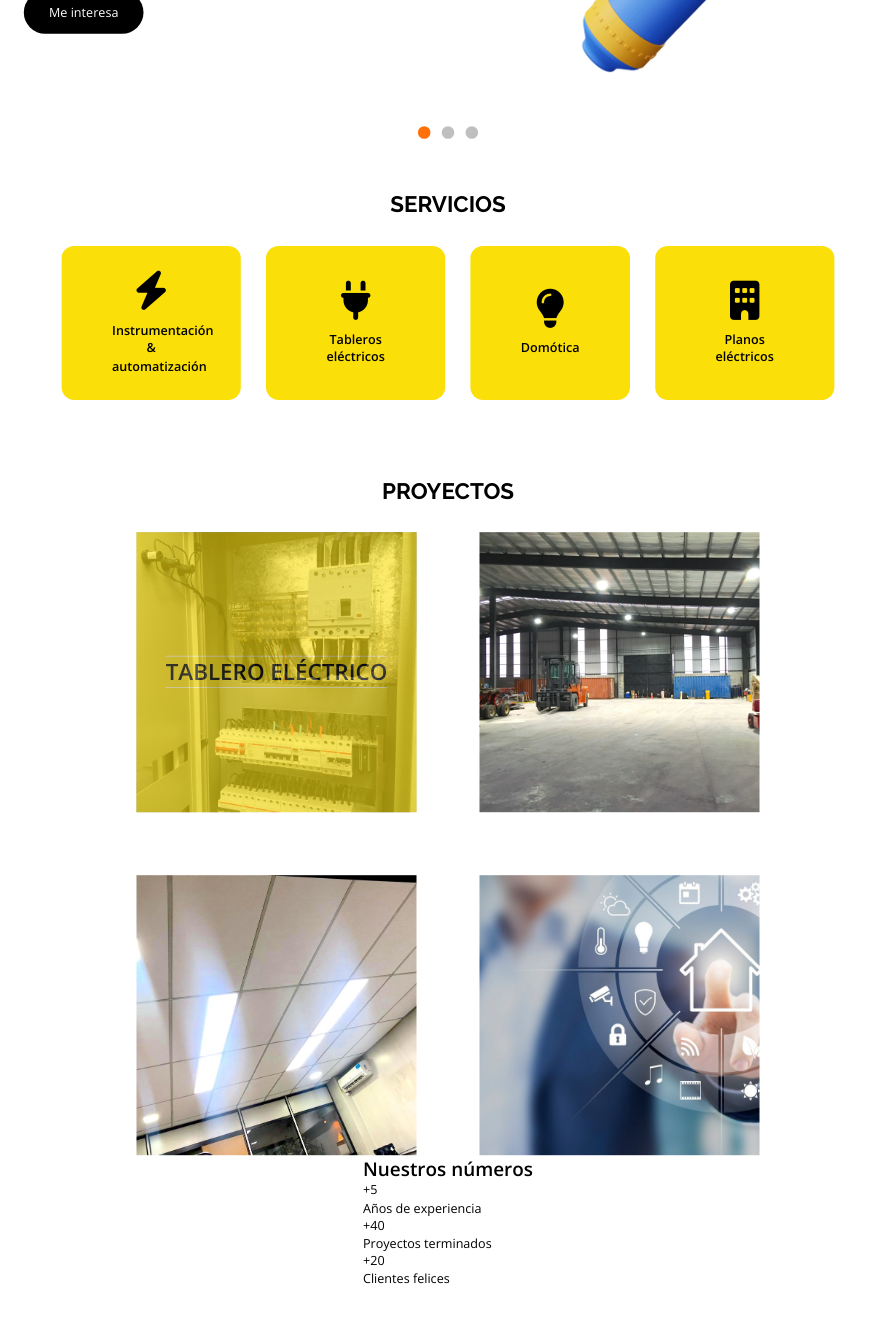
Repository: jeraldinnemg/rjelectronics
Page: index.html
These files come from the project's save history. The page is drawn as it stood at one moment and after the next save; the edit follows.
The browser window is 1280 px wide. The pictures show the part of the page from y = 465 to 2385 px (the page is 2680 px tall), at 70% of full size.
The pointer rests on the first visible `.projects .project`.
Some web libraries are served in a nearby version.

Above is the page before, as saved 2022-07-27 17:39:59.

After the next save:
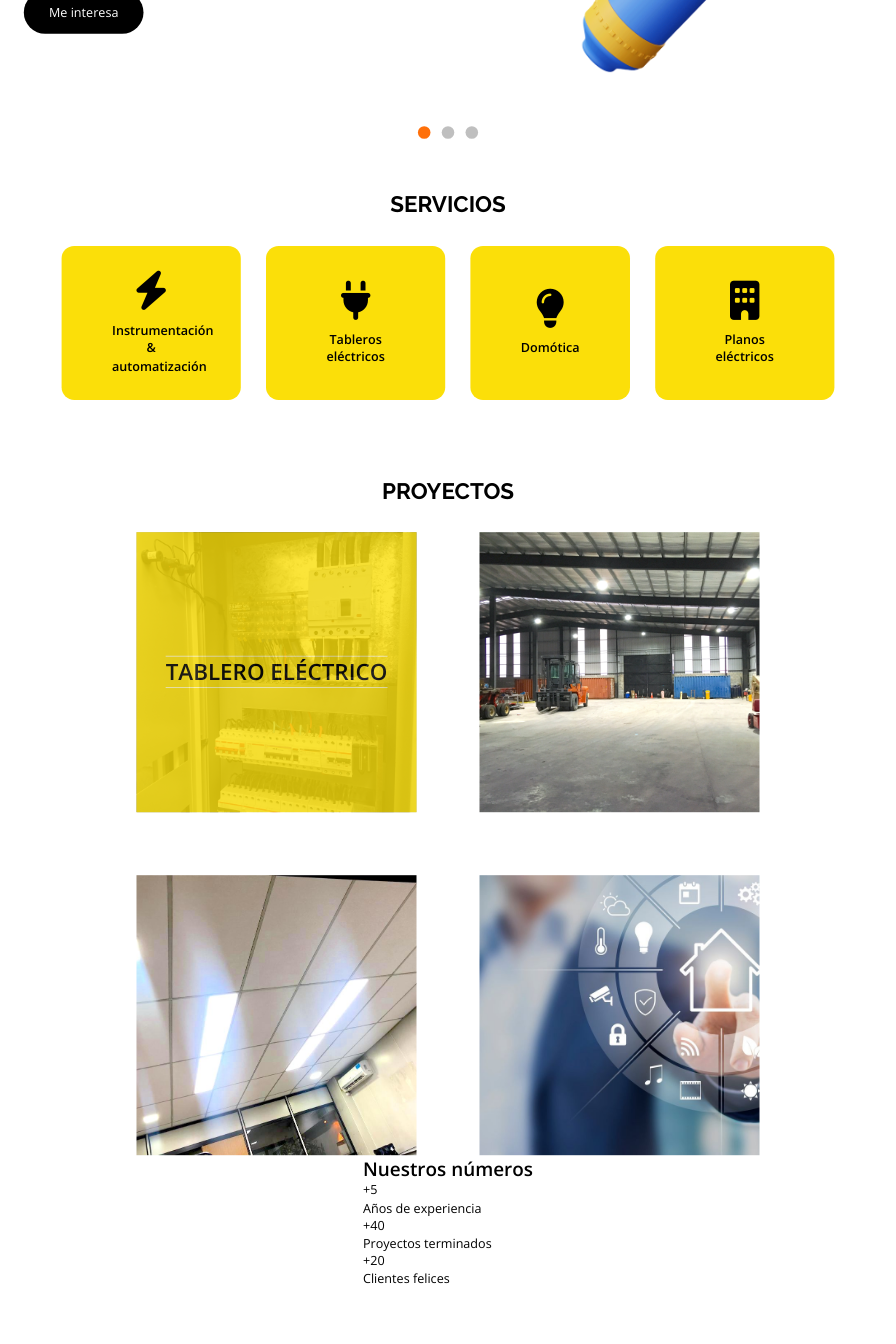
Saved 22 s later.
--- a/index.css
+++ b/index.css
@@ -406,7 +406,7 @@ i:hover{
 
 .projects .project:hover .project-overlay {
     width: 100%;
-    opacity: 0.6;
+    opacity: 0.8;
 }
 
 .overlay-text {
